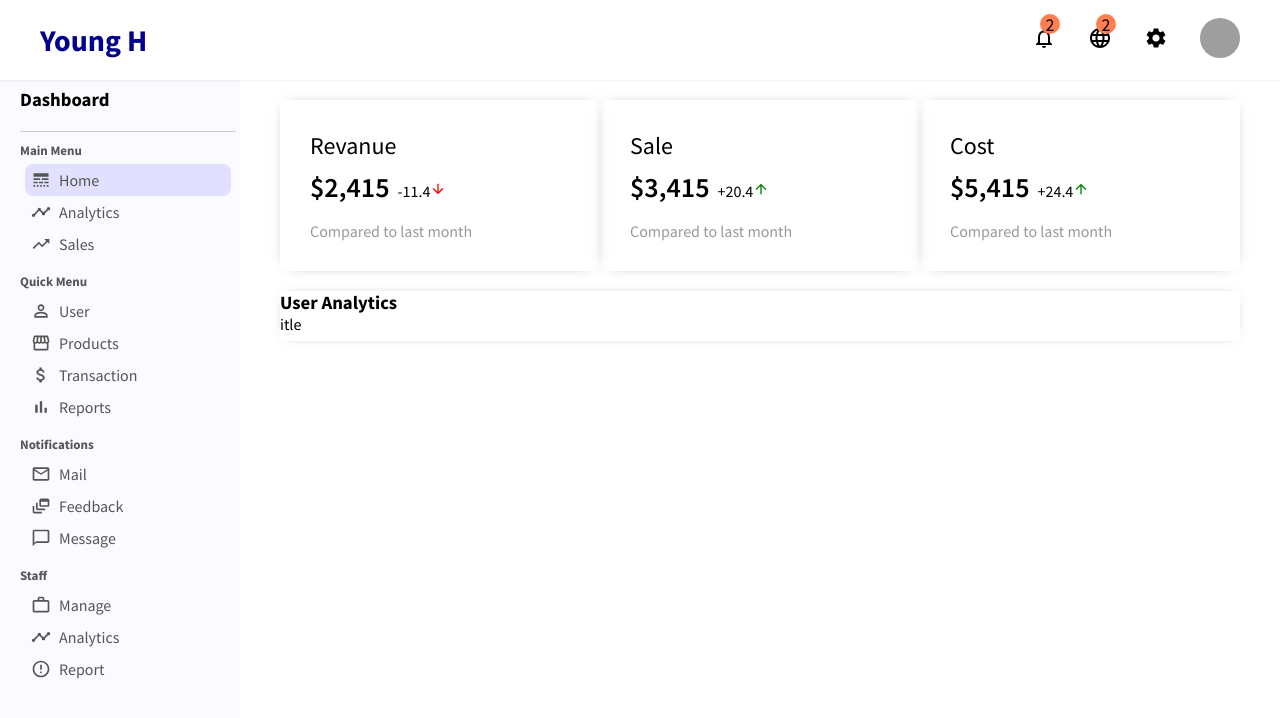
Repository: noname20011/admin
Page: /
The author's editor kept a copy of each file at every save. The page is drawn from the files as they stood at one save, then again after the next save.
The browser window is 1280 px wide. The pictures show the whole page.
Pictures or frames that could not be fetched are drawn as grey boxes. The project was rebuilt for these pictures with package versions that can differ from the ones it lists, and the page was loaded fresh each time.

Above is the page before, as saved 2021-11-13 11:25:02.

### public/index.html
<!DOCTYPE html>
<html lang="en">
  <head>
    <meta charset="utf-8" />
    <link rel="icon" href="%PUBLIC_URL%/favicon.ico" />
    <meta name="viewport" content="width=device-width, initial-scale=1" />
    <meta name="theme-color" content="#000000" />
    <meta
      name="description"
      content="Web site created using create-react-app"
    />
    <!-- GOOGLE FONTS -->
    <link href="https://fonts.googleapis.com/css2?family=Source+Sans+Pro:wght@200;300;400;600;700;900&display=swap" rel="stylesheet">
    <style>
      * {
        font-family: 'Source Sans Pro', sans-serif;
        padding: 0;
        margin: 0;
      }
    </style>
    <title>React Admin App</title>
  </head>
  <body>
    <div id="root"></div>
  </body>
</html>

### src/App.js
import Topbar from "./comopnents/topbar/Topbar";
import Sidebar from "./comopnents/sidebar/Sidebar";
import Home from "./pages/home/Home.jsx"
import './app.css'
function App() {
  return (
    <div>
      <Topbar/>
      <div className="container">
        <Sidebar/>
        <Home/>
      </div>
    </div>
  );
}

export default App;

### src/comopnents/topbar/Topbar.jsx
import React from 'react'
import './topbar.css'

import { Language, NotificationsNone, Settings  } from '@material-ui/icons'

export default function Topbar() {
    return (
        <div className="topbar">
            <div className="topbarWrapper">
                <div className="topLeft">
                    <div className="logo">Young H</div>
                </div>
                <div className="topRight">
                    <div className="topbarIconContainer">
                        <NotificationsNone/>
                        <div className="topIconsBadge">2</div>
                    </div>
                    <div className="topbarIconContainer">
                        <Language/>
                        <div className="topIconsBadge">2</div>
                    </div>
                    <div className="topbarIconContainer">
                        <Settings/>
                    </div>
                    <div>
                        <img src="https://images.pexels.com/photos/1526814/pexels-photo-1526814.jpeg?auto=compress&cs=tinysrgb&dpr=2&w=500" alt="admin" className="topAvatar"/>
                    </div>
                </div>
            </div>
        </div>
    )
}

### src/comopnents/sidebar/Sidebar.jsx
import { AttachMoney, BarChart, ChatBubbleOutline, DynamicFeed, ErrorOutline, LineStyle, MailOutlined, PersonOutline, Storefront, Timeline, TrendingUp,  WorkOutlineOutlined } from '@material-ui/icons'
import React from 'react'
import "./sidebar.css"
export default function Sidebar() {
    return (
        <div className="sidebar">
            <div className="sidebarWrapper">
                <h3 className="sidebarTitle">Dashboard</h3>
                <div className="sidebarMenu">
                    <h4 className="sidebarMenuTitle">Main Menu</h4>
                    <ul className="sidebarLists">
                        <li className="sidebarListItem active">
                            <LineStyle className="sidebarIcon"/>
                            Home
                        </li>
                        <li className="sidebarListItem">
                            <Timeline className="sidebarIcon"/>
                            Analytics
                        </li>
                        <li className="sidebarListItem">
                            <TrendingUp className="sidebarIcon"/>
                            Sales
                        </li>
                    </ul>
                </div>
                <div className="sidebarMenu">
                    <h4 className="sidebarMenuTitle">Quick Menu</h4>
                    <ul className="sidebarLists">
                        <li className="sidebarListItem">
                            <PersonOutline className="sidebarIcon"/>
                            User
                        </li>
                        <li className="sidebarListItem">
                            <Storefront className="sidebarIcon"/>
                            Products
                        </li>
                        <li className="sidebarListItem">
                            <AttachMoney className="sidebarIcon"/>
                            Transaction
                        </li>
                        <li className="sidebarListItem">
                            <BarChart className="sidebarIcon"/>
                            Reports
                        </li>
                    </ul>
                </div>
                <div className="sidebarMenu">
                    <h4 className="sidebarMenuTitle">Notifications</h4>
                    <ul className="sidebarLists">
                        <li className="sidebarListItem">
                            <MailOutlined className="sidebarIcon"/>
                            Mail
                        </li>
                        <li className="sidebarListItem">
                            <DynamicFeed className="sidebarIcon"/>
                            Feedback
                        </li>
                        <li className="sidebarListItem">
                            <ChatBubbleOutline className="sidebarIcon"/>
                            Message
                        </li>
                    </ul>
                </div>
                <div className="sidebarMenu">
                    <h4 className="sidebarMenuTitle">Staff</h4>
                    <ul className="sidebarLists">
                        <li className="sidebarListItem">
                            <WorkOutlineOutlined className="sidebarIcon"/>
                            Manage
                        </li>
                        <li className="sidebarListItem">
                            <Timeline className="sidebarIcon"/>
                            Analytics
                        </li>
                        <li className="sidebarListItem">
                            <ErrorOutline className="sidebarIcon"/>
                            Report
                        </li>
                    </ul>
                </div>
            </div>
        </div>
    )
}

### src/pages/home/Home.jsx
import "./home.css"
import Feature from "../../comopnents/featureInfo/Feature"
import Chart from "../../comopnents/chart/Chart"
export default function Home() {
    return (
        <div className="home">
            <Feature/>
            <Chart/>
        </div>
    )
}

### src/app.css
ul, li {
    list-style: none;
}

a {
    text-decoration: none;
}

.container {
    display: flex;
}

.other {
    flex: 4;
}

### src/comopnents/topbar/topbar.css
.topbar {
    width: 100%;
    height: 80px;
    background: #fff;
    box-shadow: 0 .5px 2px rgba(0, 0, 0, 0.07);

    position: sticky;
    top: 0;
    z-index: 1000;
}

.topbarWrapper {
    height: 100%;
    padding: 0 40px;
    display: flex;
    justify-content: space-between;
    align-items: center;
}

.logo {
    font-weight: bold;
    font-size: 30px;
    color: darkblue;
    cursor: pointer;
}

.topRight {
    display: flex;
    align-items: center;
    column-gap: 2rem;
}
.topbarIconContainer {
    position: relative;
    cursor: pointer;
}

.topIconsBadge {
    font-size: 18px;
    position: absolute;
    top: -12px;
    right: -4px;

    width: 20px;
    height: 20px;
    background-color: coral;
    border-radius: 50%;

    display: flex;
    place-content: center;
    place-items: center;
}

.topAvatar {
    width: 40px;
    height: 40px;
    object-fit: cover;
    border-radius: 50%;
    cursor: pointer;
}

### src/comopnents/sidebar/sidebar.css
.sidebar {
    flex: 1;
    background-color: rgb(251, 251, 255);
    position: sticky;
    top: 80px;
    height: calc(100vh - 80px);
}

.sidebarWrapper {
    padding: 8px 4px 0 20px;
}

.sidebarTitle {
    padding-bottom: 20px;
    margin-bottom: 10px;
    border-bottom: 1px solid #ccc;
}

.sidebarMenu {
    margin-bottom: 8px;
}

.sidebarMenuTitle {
    color: #555;
    font-size: 13px;
}

.sidebarLists {
    padding: 5px;
}

.sidebarListItem {
    display: flex;
    align-items: center;
    column-gap: .5rem;

    padding: 6px;
    color: #555;
    cursor: pointer;
    border-radius: .5rem;
}

.sidebarListItem.active,
.sidebarListItem:hover {
    background-color: rgb(225, 225, 255);
}

.sidebarIcon {
    font-size: 20px!important;
}

### src/pages/home/home.css
.home {
    flex: 4;
    margin: 0 40px;
}

### src/comopnents/featureInfo/Feature.jsx
import { ArrowDownward, ArrowUpward } from '@material-ui/icons'
import "./feature.css"

export default function Feature() {
    return (
        <div className="featured">
            <div className="featuredItem">
                <span className="featuredTitle">Revanue</span>
                <div className="featuredMoneyContainer">
                    <span className="featuredMoney">$2,415</span>
                    <span className="featuredMoneyRate">-11.4
                        <ArrowDownward className="featuredIcon negative"/>
                    </span>
                </div>
                <span className="featuredSub">Compared to last month
                </span>
            </div>

            <div className="featuredItem">
                <span className="featuredTitle">Sale</span>
                <div className="featuredMoneyContainer">
                    <span className="featuredMoney">$3,415</span>
                    <span className="featuredMoneyRate">+20.4
                        <ArrowUpward className="featuredIcon "/>
                    </span>
                </div>
                <span className="featuredSub">Compared to last month
                </span>
            </div>

            <div className="featuredItem">
                <span className="featuredTitle">Cost</span>
                <div className="featuredMoneyContainer">
                    <span className="featuredMoney">$5,415</span>
                    <span className="featuredMoneyRate">+24.4
                        <ArrowUpward className="featuredIcon "/>
                    </span>
                </div>
                <span className="featuredSub">Compared to last month</span>
            </div>
        </div>
    )
}

### src/comopnents/chart/Chart.jsx
import "./chart.css"

export default function Chart() {
    return (
        <div className="chart">
            <h3 className="chartT">User Analytics</h3>itle
        </div>
    )
}

### src/comopnents/featureInfo/feature.css
.featured {
    display: flex;
    justify-content: space-between;
    width: 100%;
}
.featuredItem {
    flex: 1;
    margin: 20px 0;
    padding: 30px;
    border-radius: .4rem;
    cursor: pointer;
    -webkit-box-shadow: 0px 0px 15px -10px rgba(0, 0, 0, 0.75);
    box-shadow: 0px 0px 15px -10px rgba(0, 0, 0, 0.75);
}

.featuredTitle {
    font-size: 24px;
    margin-bottom: 8px;
    display: block;
}

.featuredMoneyContainer {
    margin: 6px 0 16px;
}

.featuredMoney {
    font-weight: 600;
    font-size: 28px;
}

.featuredMoneyRate {
    font-size: 16px;
    margin-left: 8px;
}

.featuredIcon {
    font-size: 16px!important;
    color: green;
}

.featuredIcon.negative {
    color: red;
}

.featuredSub {
    color: #999;
    font-size: 16px;
}

### src/comopnents/chart/chart.css
.chart {
    width: 100%;
    height: 50px;
    -webkit-box-shadow: 0px 0px 15px -10px rgba(0, 0, 0, 0.75);
    box-shadow: 0px 0px 15px -10px rgba(0, 0, 0, 0.75);
}

Loaded but not shown: src/index.js (common file)

After the next save:
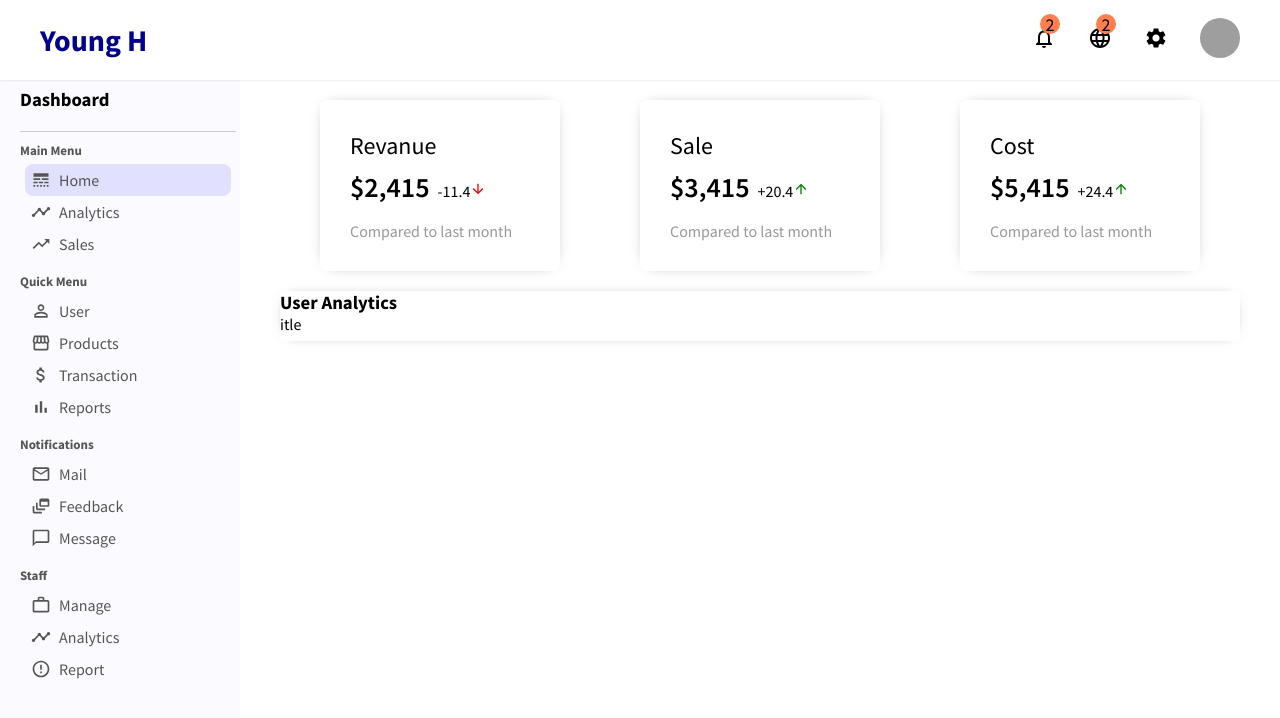
Saved 101 s later.
--- a/src/comopnents/featureInfo/feature.css
+++ b/src/comopnents/featureInfo/feature.css
@@ -5,7 +5,8 @@
 }
 .featuredItem {
     flex: 1;
-    margin: 20px 0;
+    width: 30%;
+    margin: 20px 40px;
     padding: 30px;
     border-radius: .4rem;
     cursor: pointer;
